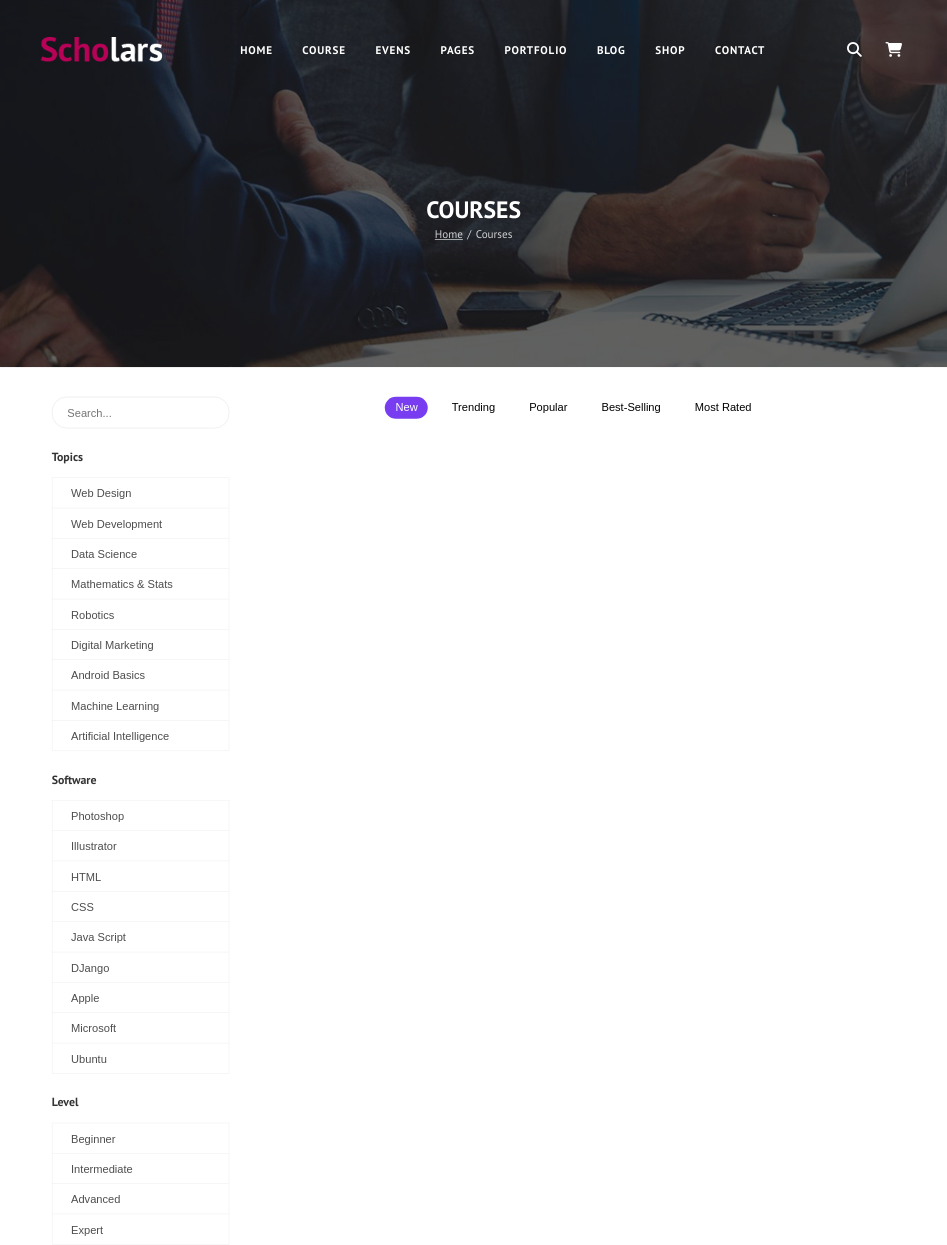
Repository: lannguyen1301/f8-zoom-day-7
Page: index.html
An editor plug-in stored every save of this project. The page is shown before and after the next save, followed by the edit.
The browser window is 1280 px wide. The pictures show the whole page, at 74% of full size.
Some web fonts or font styles are not loaded; a fallback is used.

Above is the page before, as saved 2025-04-24 23:44:31.

After the next save:
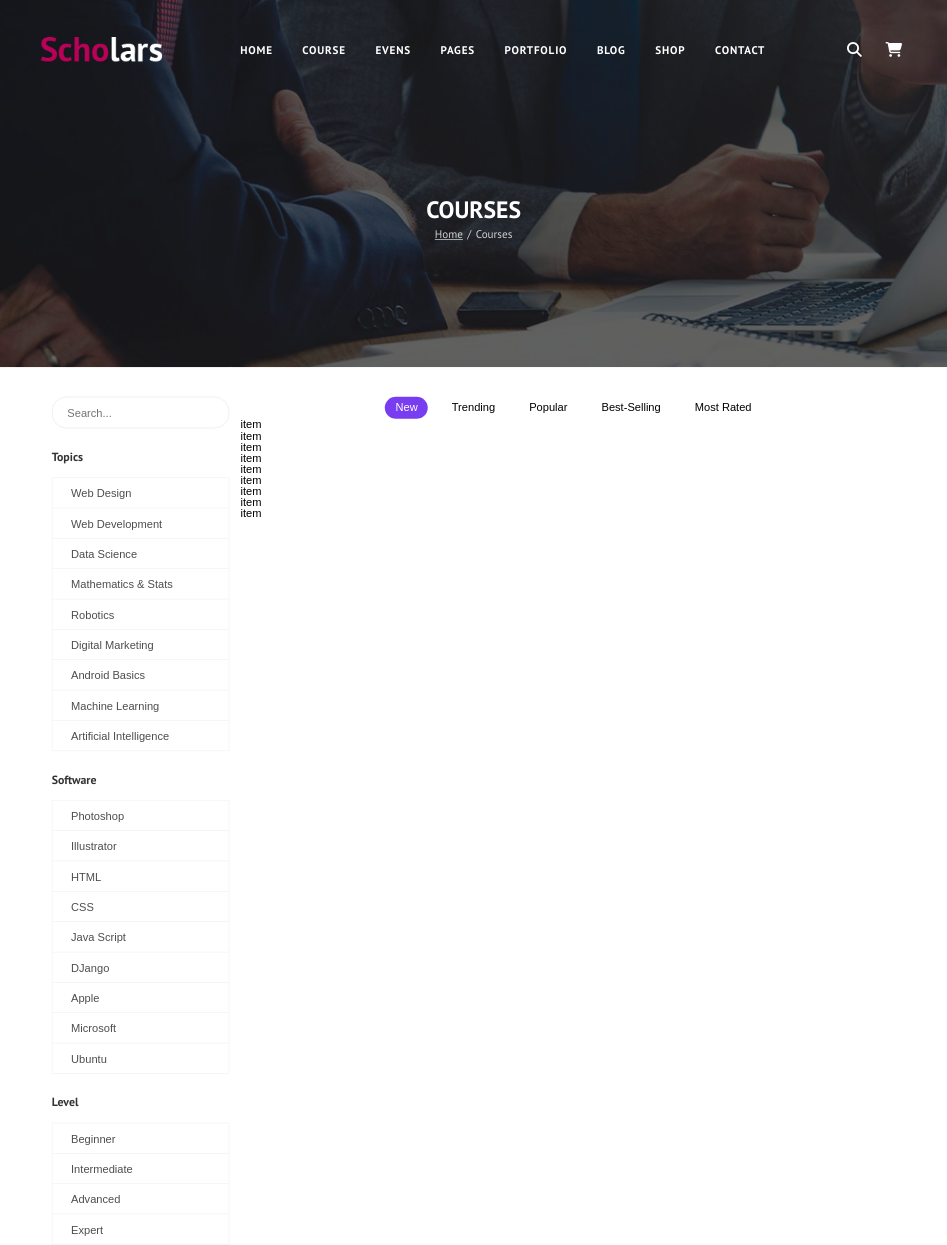
Saved 81 s later.
--- a/index.html
+++ b/index.html
@@ -222,7 +222,15 @@
 
                         <!-- Start Courses lisst -->
                         <div class="courses-list">
-
+                            <div class="courses-item">item</div>
+                            <div class="courses-item">item</div>
+                            <div class="courses-item">item</div>
+                            <div class="courses-item">item</div>
+                            <div class="courses-item">item</div>
+                            <div class="courses-item">item</div>
+                            <div class="courses-item">item</div>
+                            <div class="courses-item">item</div>
+                            <div class="courses-item">item</div>
                         </div>
                         <!-- End Courses lisst -->
                     </div>
